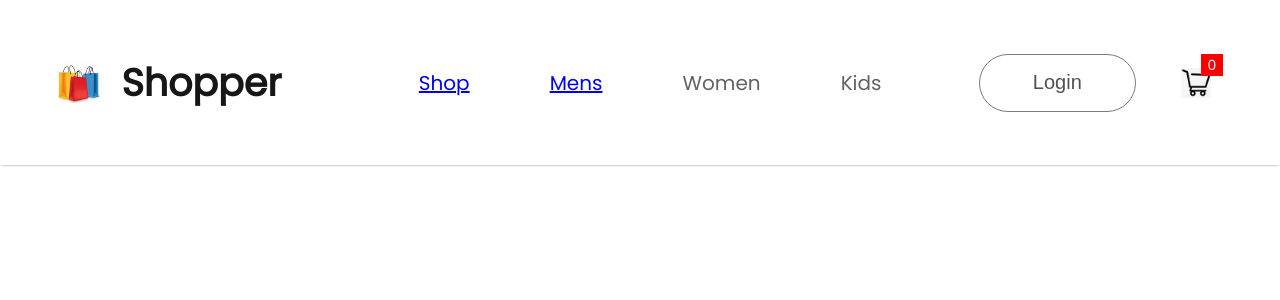
Repository: sshaiv/Shoppie_EcommerceAPP
Page: /
These files come from the project's save history. The page is drawn as it stood at one moment and after the next save; the edit follows.
The browser window is 1280 px wide. The pictures show the whole page.
The project was rebuilt for these pictures with package versions that can differ from the ones it lists, and the page was loaded fresh each time. Also part of the build but not shown: src/App.css, src/Components/Pages/ShopCategory.jsx, src/Components/Pages/Product.jsx, src/Components/Pages/Cart.jsx, src/Components/Pages/LoginSignup.jsx.

Above is the page before, as saved 2024-07-16 15:13:20.

After the next save:
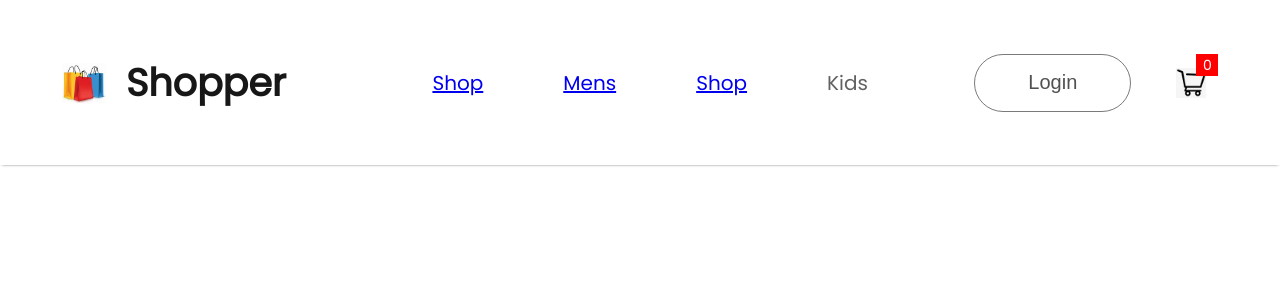
Saved 4 s later.
--- a/src/Components/Navbar/Navbar.jsx
+++ b/src/Components/Navbar/Navbar.jsx
@@ -17,7 +17,7 @@
         <ul className='nav-menu'>
             <li onClick={()=>{setMenu("shop")}}><Link to='/'>Shop </Link>{menu==="shop"? <hr/> :<></>}   </li>
             <li onClick={()=>{setMenu("mens")}}><Link to='/mens'>Mens</Link> {menu==="shop"? <hr/> :<></>} </li>
-            <li onClick={()=>{setMenu("womens")}}>Women {menu==="shop"? <hr/> :<></>} </li>
+            <li onClick={()=>{setMenu("womens")}}><Link to='/'>Shop </Link> {menu==="shop"? <hr/> :<></>} </li>
             <li onClick={()=>{setMenu("kids")}}>Kids {menu==="shop"? <hr/> :<></>} </li>
         </ul>
 
